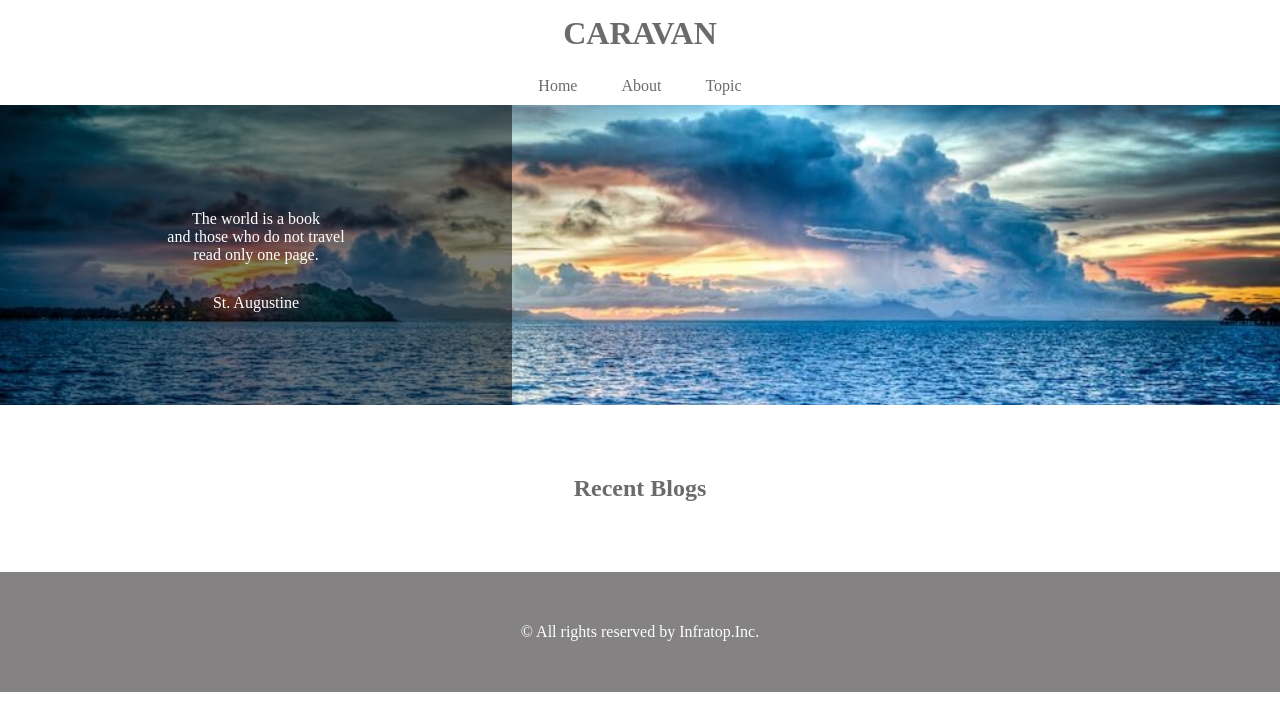
Repository: menyuu/test-html-CSS-practice
Page: caravan/index.html
The author's editor kept a record of every edit. The page is drawn from the files as they stood at one moment, then again after the next edit.
The browser window is 1280 px wide. The pictures show the whole page.

Above is the page before.

### caravan/index.html
<!DOCTYPE html>
<html lang="ja">
<head>
  <meta charset="UTF-8">
  <link rel="stylesheet" href="style.css" />
  <title>CARAVAN</title>
</head>
<body>
  <header>
    <h1 class="heading">
      <a href="index.html">
      CARAVAN
      </a>
    </h1>
  </header>

  <nav>
    <ul class="nav-list">
      <li class="nav-list-item">
        <a href="index.html">Home</a>
      </li>
      <li class="nav-list-item">
        <a href="#">About</a>
      </li>
      <li class="nav-list-item">
        <a href="#">Topic</a>
      </li>
    </ul>
  </nav>

  <div class="main-visual">
    <div class="main-visual-content">
      <p class="main-visual-text">
        The world is a book<br>
        and those who do not travel<br>
        read only one page.
      </p>
      <p class="main-visual-name">
        St. Augustine
      </p>
    </div>
  </div>

  <main>
    <section class="blog">
      <h2 class="blog-heading">Recent Blogs</h2>
    </section>
    <div class="sidebar"></div>
  </main>

  <footer>
    <p class="footer-text">© All rights reserved by Infratop.Inc.</p>
  </footer>
</body>
</html>

### caravan/style.css
* {
 margin: 0;
 padding: 0;
 box-sizing: border-box;
 color: #6c6b6b;
}

a {
 text-decoration: none;
}

header {
width: 90%;
padding: 15px 0;
margin: 0 auto;
text-align: center;
}

header .heading {
 font-size: 32px;
}

.nav-list {
 text-align: center;
 padding: 10px 0;
 margin: 0 auto;
}

.nav-list-item {
 list-style: none;
 display: inline-block;
 margin: 0 20px;
}

.main-visual {
 width: 100%;
 height: 300px;
 background-image: url(img/mv.jpg);
 background-size: cover;
 background-position: center;
}

.main-visual-content {
  width: 40%;
  height: 300px;
  background-color: rgba(0, 0, 0, 0.5);
  text-align: center;
  padding-top: 105px;
}

.main-visual-text {
 color: #fff;
}

.main-visual-name {
 margin-top: 30px;
 color: #fff;
}

main {
 width: 800px;
 display: flex;
 justify-content: center;
 margin: 0 auto;
 padding: 70px 0;
}

.blog {

}

.sidebar {

}




footer {
 width: 100%;
 height: 120px;
 text-align: center;
 line-height: 120px;
 background-color: #848282;
}

.footer-text {
 color: #fff;
}

After the next edit:
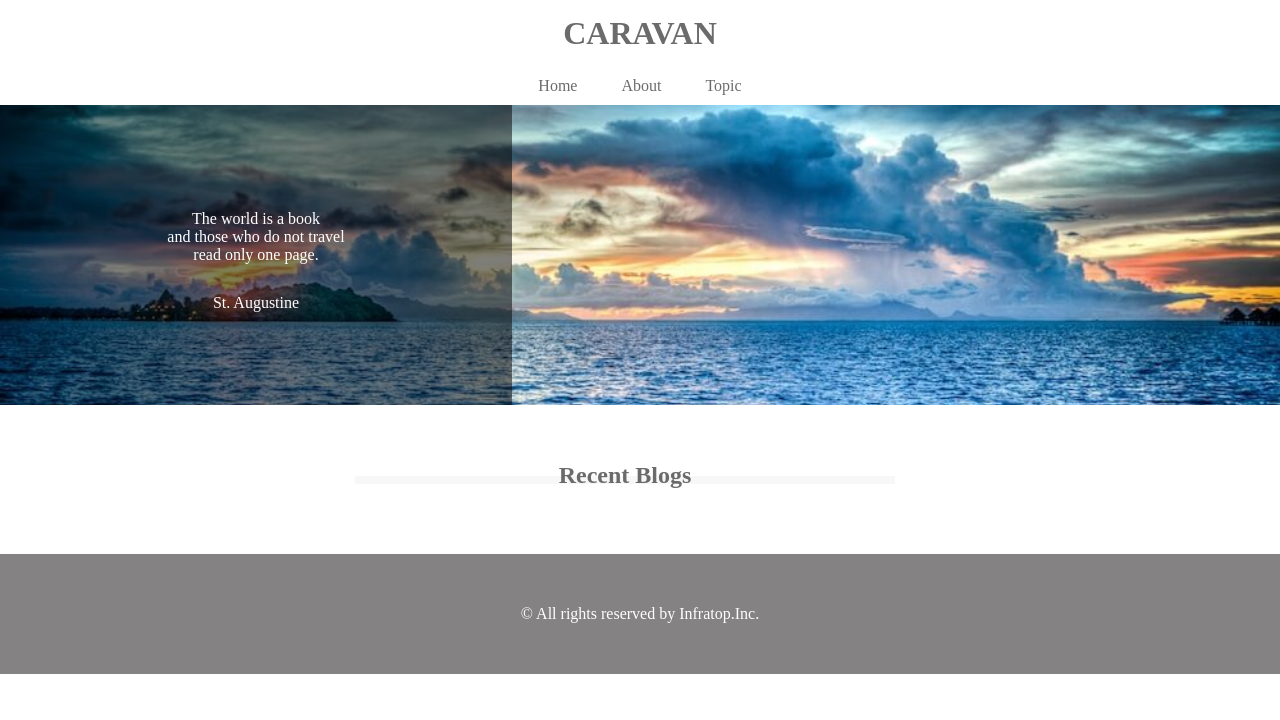
The edit:
--- a/caravan/style.css
+++ b/caravan/style.css
@@ -66,7 +66,14 @@
 }
 
 .blog {
+  width: 540px;
+  margin-right: 30px;
+}
 
+.blog-heading {
+ border-bottom: 8px solid #f7f7f7;
+ text-align: center;
+ line-height: 0.8px;
 }
 
 .sidebar {
